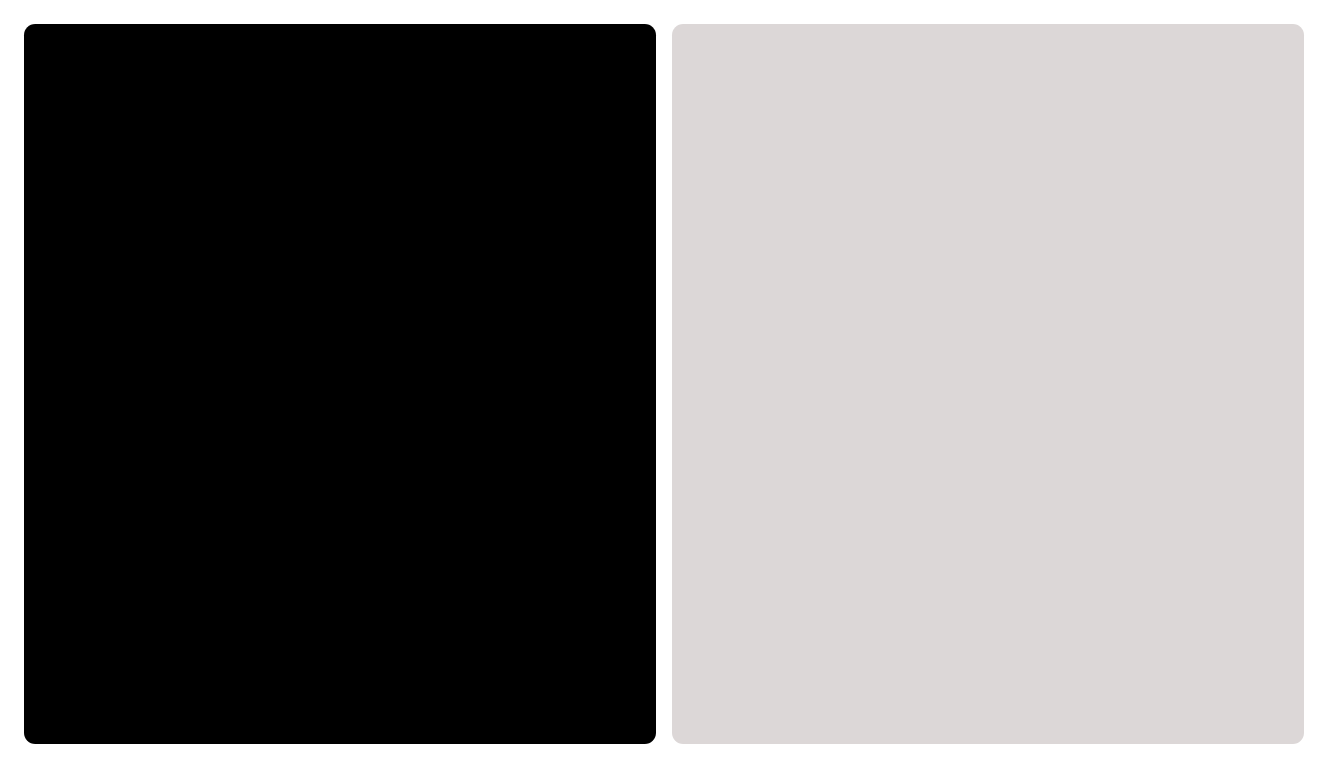
Repository: swarnabha-dutta/ai-code-reviewer
Page: / (app in frontend/)
These files come from the project's save history. The page is drawn as it stood at one moment and after the next save; the edit follows.
The browser window is 1280 px wide. The page is 1328 px wide, so the pictures cover 1328 px, including what lies to the right of the window. The pictures show the whole page.
The project was rebuilt for these pictures with package versions that can differ from the ones it lists, and the page was loaded fresh each time. Also part of the build but not shown: frontend/vite.config.js.

Above is the page before, as saved 2025-06-07 08:35:46.

### frontend/src/App.jsx
import './App.css'

function App() {

  return (
    <>
      <main>
        <div className="left">
          <div className="code"></div>
          <div className="review"></div>
        </div>
        <div className="right"></div>
     </main>
    </>
  )
}

export default App

### frontend/src/App.css
* {
  margin: 0%;
  padding: 0%;
  box-sizing: border-boc;
}

html,
body,
#root {
  height: 100%;
  width: 100%;
}

main {
  height: 100%;
  width: 100%;
  padding: 1.5rem;
  display: flex;
  gap: 1rem;
}

main .left,
main .right {
  height: 100%;
  flex-basis: 50%;
  border-radius: 0.7rem;
}

main .left {
  background-color: #000;
}

main .right {
  background-color: #dcd7d7;
}

Loaded but not shown: frontend/index.html (common file); frontend/src/main.jsx (common file); frontend/src/index.css (common file)

After the next save:
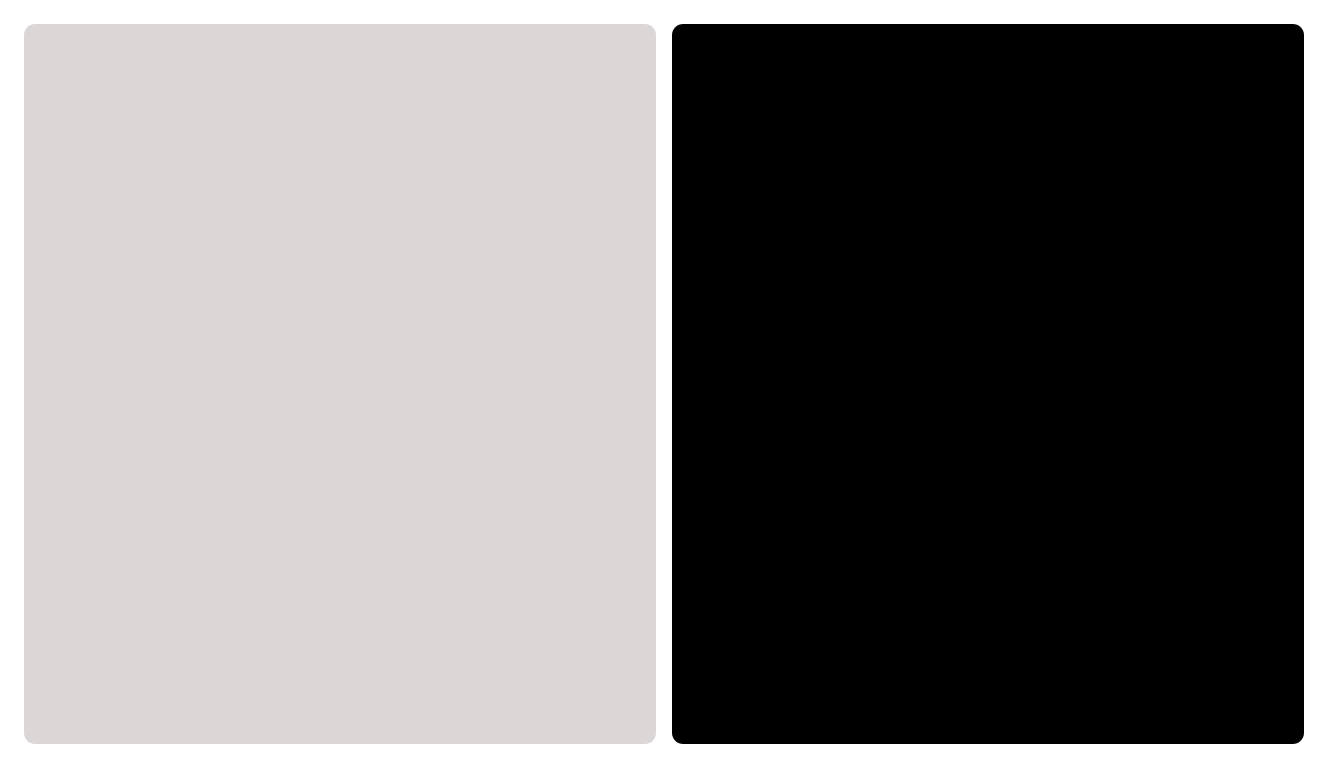
Saved 29 s later.
--- a/frontend/src/App.css
+++ b/frontend/src/App.css
@@ -27,9 +27,9 @@ main .right {
 }
 
 main .left {
-  background-color: #000;
+  background-color: #dcd7d7;
 }
 
 main .right {
-  background-color: #dcd7d7;
+  background-color: #000;
 }
